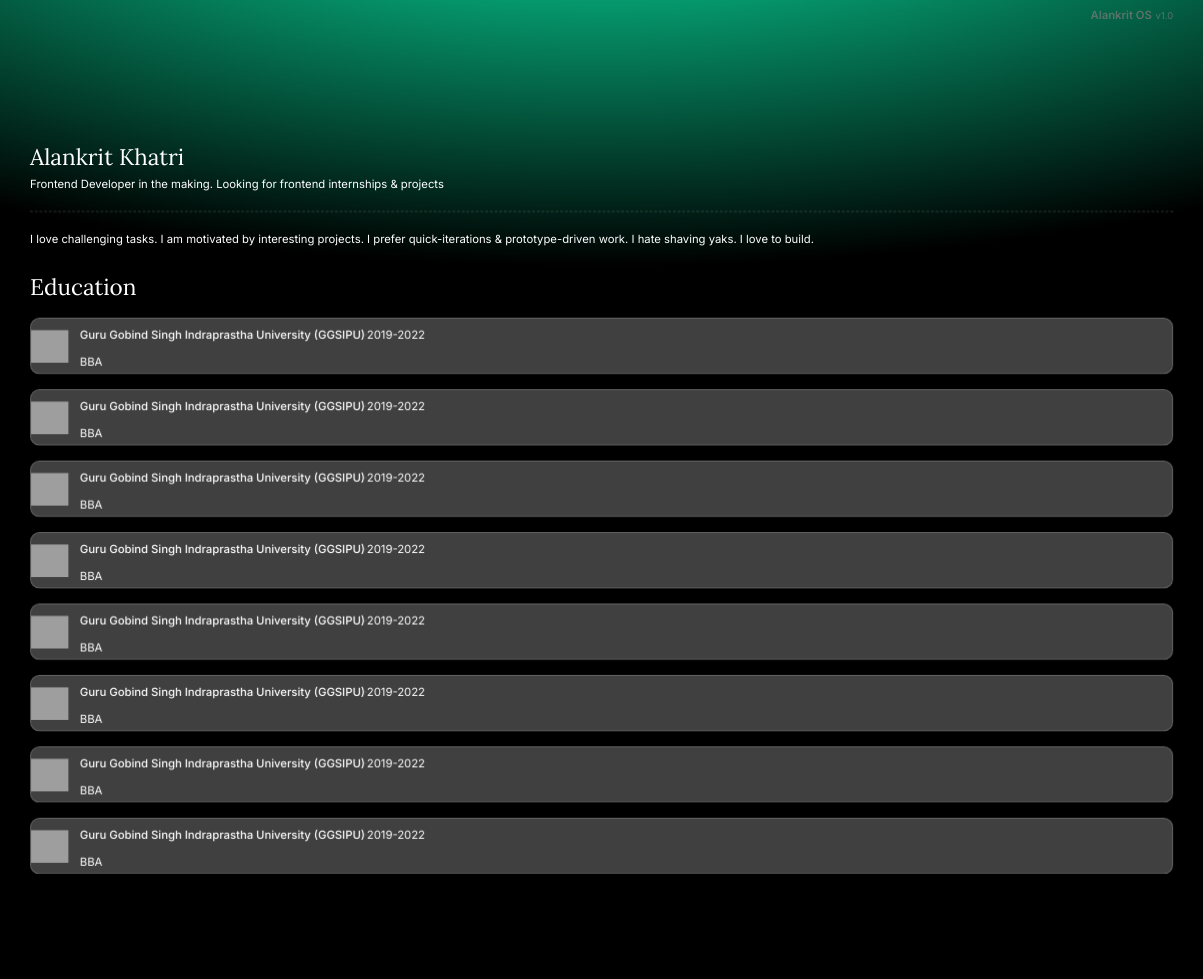
Repository: alankritkhatri/alankrit.xyz
Page: /
These files come from the project's save history. The page is drawn as it stood at one moment and after the next save; the edit follows.
The browser window is 1280 px wide. The pictures show the whole page, at 94% of full size.
Pictures or frames that could not be fetched are drawn as grey boxes. The project was rebuilt for these pictures with package versions that can differ from the ones it lists, and the page was loaded fresh each time. Also part of the build but not shown: vite.config.js, src/blog.jsx.

Above is the page before, as saved 2024-08-11 21:04:42.

### index.html
<!DOCTYPE html>
<html lang="en">
  <head>
    <meta charset="UTF-8" />

    <link rel="icon" type="image/svg+xml" href="/vite.svg" />
    <link rel="preconnect" href="https://fonts.googleapis.com" />
    <link rel="preconnect" href="https://fonts.gstatic.com" crossorigin />
    <link
      href="https://fonts.googleapis.com/css2?family=Inter:wght@100..900&display=swap"
      rel="stylesheet"
    />

    <link
      href="https://fonts.googleapis.com/css2?family=Lora:ital,wght@0,400..700;1,400..700&display=swap"
      rel="stylesheet"
    />
    <!-- Linkedin link -->
    <script
      src="https://platform.linkedin.com/badges/js/profile.js"
      async
      defer
      type="text/javascript"
    ></script>
<meta name="viewport" content="width=device-width, initial-scale=1.0">
    <title>AlankritOS</title>
  </head>
  <body>
    <div id="root"></div>
    <script type="module" src="/src/main.jsx"></script>
  </body>
</html>

### src/App.jsx
import "./App.css";
import { BrowserRouter as Router, Routes, Route, Link } from "react-router-dom";
import Blog from "./blog";
import Home from "./pages/Home/Home";
const App = () => {
  return (
    <div className="main">
      <Router>
        <Link to="/">
          <div className="logo">
            <h1>Alankrit OS</h1>
            <span>v1.0</span>
          </div>
        </Link>
        <Routes>
          <Route path="/" element={<Home />} />
          <Route path="blog" element={<Blog />} />
        </Routes>
      </Router>
    </div>
  );
};

export default App;

### src/App.css
* {
  margin: 0px;
  padding: 0px;
  box-sizing: border-box;
  font-family: Inter, Haettenschweiler, "Arial Narrow Bold", sans-serif;
}

body,html{
  min-height: 100vh;
background: radial-gradient(100% 50% at 50% -20%, #09ffb5, #000000);

}
.main {



  h1 {
    line-height: 32px;
  }
  h2 {
    line-height: 24px;
  }
  h3 {
    line-height: 16px;
  }
  p {
    line-height: 24px;
  }
  color: white;

  padding: 0px 32px;
  a {
    text-decoration: none;
  }
  .logo {
    color: rgba(126, 121, 121, 0.726);
    display: flex;
    align-items: center;
    justify-content: flex-end;
    gap: 4px;

    font-family: monospace;
    animation: flicker 2s infinite;
    h1 {
      font-size: 12px;
      font-weight: 600;
    }
    span {
      font-size: 10px;
      font-weight: 400;
    }
  }
}
/* logo flickr animation */
@keyframes flicker {
  0% {
    opacity: 0;
  }
  9% {
    opacity: 0;
  }
  10% {
    opacity: 0.5;
  }
  13% {
    opacity: 0;
  }
  20% {
    opacity: 0.5;
  }
  25% {
    opacity: 1;
  }
}
@media only screen and (max-width: 600px) {
    body {
        background-color: rgb(255, 188, 3);
    }
}

### src/pages/Home/Home.jsx
import Infosection from "../../components/Info-Section/Infosection.jsx";
import "./Home.css";
import data from "../../alankrit_data/data.json";
const Home = () => {
  return (
    <div className="home">
      <div
        className="badge-base LI-profile-badge"
        data-locale="en_US"
        data-size="medium"
        data-theme="dark"
        data-type="VERTICAL"
        data-vanity="alankrit-khatri"
        data-version="v1"
      >
        {" "}
        </div>

      <div className="about-section">
        <h1 className="name">Alankrit Khatri</h1>
        <p>
          Frontend Developer in the making. Looking for frontend internships &
          projects
        </p>
        <div className="dashed-line"></div>
        <p>
          I love challenging tasks. I am motivated by interesting projects. I
          prefer quick-iterations & prototype-driven work. I hate shaving yaks.
          I love to build.
        </p>
      </div>
      <div className="education-section">
        <h1>Education</h1>
        <Infosection {...data} />
        <Infosection {...data} />
        <Infosection {...data} />
        <Infosection {...data} />
        <Infosection {...data} />
        <Infosection {...data} />
        <Infosection {...data} />
        <Infosection {...data} />

        {console.log(data)}
      </div>
    </div>
  );
};

export default Home;

### src/components/Info-Section/Infosection.jsx
import "./infoSection.css";
const Infosection = (props) => {
  return (
    <>
      <div className="infosection-details">
        <img
          src={props[0].educationDetails.bachelors.logo}
          alt=""
          style={{ width: "40px", height: "35px" }}
        />
        <div className=" infosection-info">
          <div className="infosection-info-top ">
            <h2 style={{ opacity: "1", fontWeight: "500" }}>
              {props[0].educationDetails.bachelors.schoolName}
            </h2>
            <div className="dashed-line"></div>
            <h2> {props[0].educationDetails.bachelors.schoolYears} </h2>
          </div>

          <div className="infosection-info-bottom">
            <h2> {props[0].educationDetails.bachelors.course}</h2>
          </div>
        </div>
      </div>
    </>
  );
};

export default Infosection;

### src/pages/Home/Home.css
.home {
  margin: 96px 0px;
  display: flex;
  flex-direction: column;
  gap: 24px;
  /* dashed line  */
  .dashed-line {
    margin: 16px 0px;
    opacity: 0.1;
    border-width: 1px;
    border-style: dashed;
    color: rgb(255 255 255);
  }
  .hide {
    display: none;
  }
  h1 {
    font-family: "Lora", serif;
    font-size: 24px;
    font-weight: 400;
  }
  h2 {
    font-size: 12px;
    font-style: normal;
    font-weight: 400;
  }
  h3 {
    font-size: 10px;
    font-style: normal;
    font-weight: 300;
  }
  p {
    font-size: 12px;
  }
  .about-section {
    display: flex;
    flex-direction: column;
    .name {
      line-height: 32px;
    }
  }
}

### src/alankrit_data/data.json
[
  {
    "educationDetails": {
      "className": "education-details",
      "bachelors": {
        "schoolName": "Guru Gobind Singh Indraprastha University (GGSIPU)",
        "schoolYears": "2019-2022",
        "course": "BBA",
        "logo": "https://encrypted-tbn0.gstatic.com/images?q=tbn:ANd9GcRM9GNTFenU_T9caTwA63o86iaVHMnf9eeEPw&s"
      },
      "masters": {
        "schoolName": "Guru Gobind Singh Indraprastha University (GGSIPU)",
        "schoolYears": "2019-2022",
        "logo": "https://encrypted-tbn0.gstatic.com/images?q=tbn:ANd9GcRM9GNTFenU_T9caTwA63o86iaVHMnf9eeEPw&s"
      }
    }
  }
]

### src/components/Info-Section/infoSection.css
.infosection-details {
  background: rgba(255, 255, 255, 0.25);
  -webkit-backdrop-filter: blur(4px);
  border-radius: 10px;
  border: 1px solid rgba(255, 255, 255, 0.18);
  backdrop-filter: blur(10px);
  backdrop-filter: saturate(180%) blur(10px);
  display: flex;
  align-items: center;
  gap: 12px;
  margin: 16px 0px;

  .infosection {
    width: 100%;
    min-width: 80%;
    * {
      line-height: 16px;
    }
    h3 {
      letter-spacing: -0.26px;
      opacity: 0.5;
    }
    h2 {
      opacity: 0.5;
    }
  }
  .infosection-info-top {
    display: flex;
    justify-content: space-between;
    align-items: center;
  }
}

Loaded but not shown: src/main.jsx (common file)

After the next save:
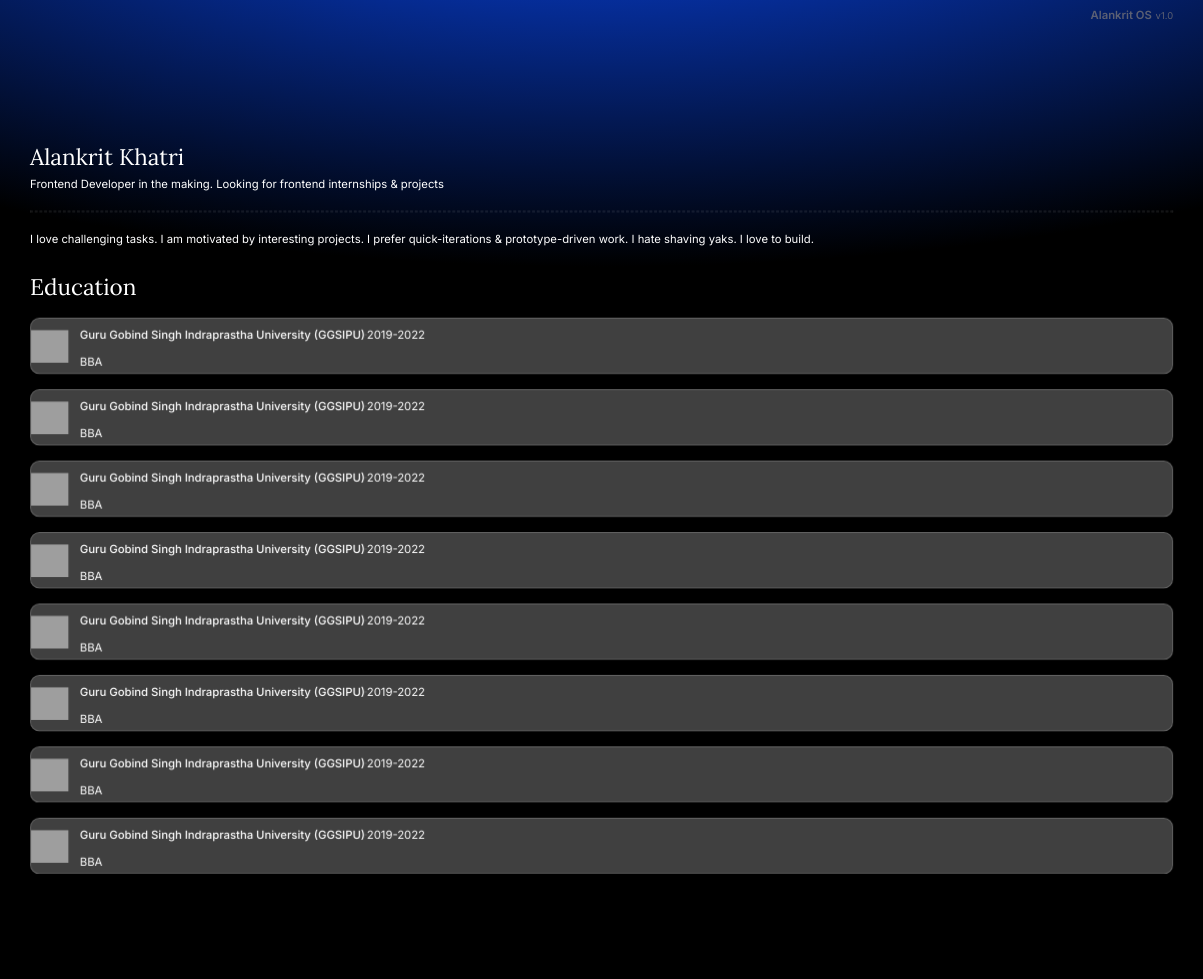
Saved 17 s later.
--- a/src/App.css
+++ b/src/App.css
@@ -7,7 +7,7 @@
 
 body,html{
   min-height: 100vh;
-background: radial-gradient(100% 50% at 50% -20%, #09ffb5, #000000);
+background: radial-gradient(100% 50% at 50% -20%, #094bff, #000000);
 
 }
 .main {
